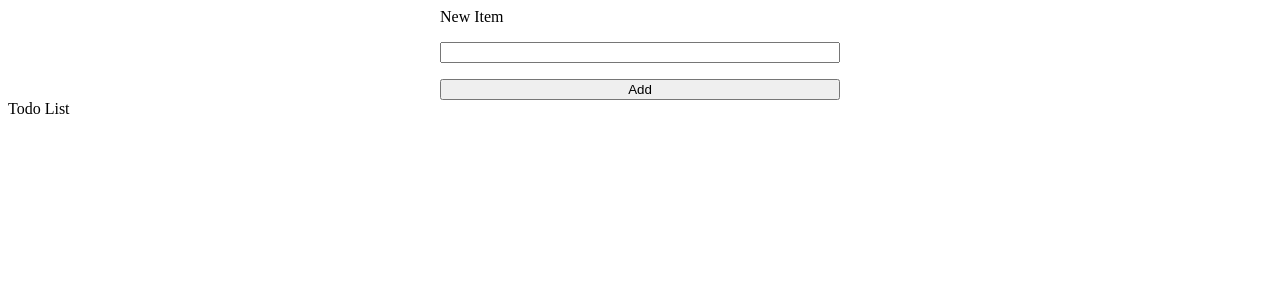
Repository: emmanuel2011-program/react-to-do-list
Page: /
The author's editor kept a copy of each file at every save. The page is drawn from the files as they stood at one save, then again after a run of saves.
The browser window is 1280 px wide. The pictures show the whole page.
The project was rebuilt for these pictures with package versions that can differ from the ones it lists, and the page was loaded fresh each time. Also part of the build but not shown: vite.config.js.

Above is the page before, as saved 2025-11-02 03:08:47.

After the next 3 saves:
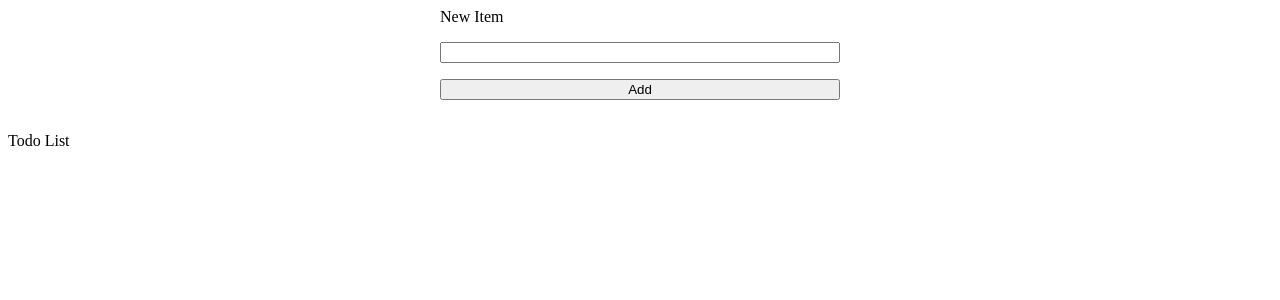
The 3 saves are shown as one change because they came seconds apart.
The last was saved 9 s later.
--- a/src/styles.css
+++ b/src/styles.css
@@ -39,6 +39,6 @@
   flex-direction: column;
   gap: 1rem; /* space between rows if you add more later */
   max-width: 400px;
-  margin-top;
+  margin-top: 2rem;
 
 }
